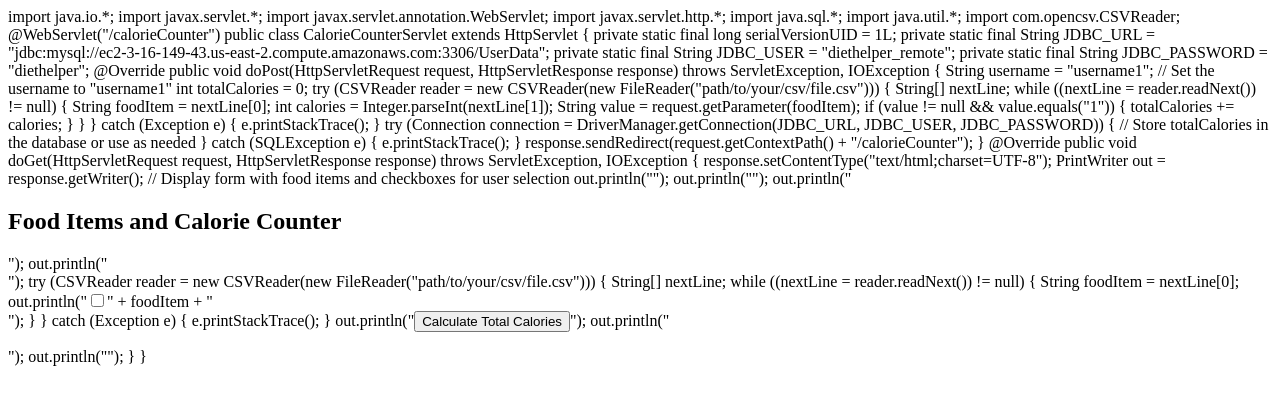
Repository: michaelrupp2002/GroupProjectCSCI4830
Page: http://localhost/signup/calories.jsp
An editor plug-in stored every save of this project. The page is shown before and after the next save, followed by the edit.
The browser window is 1280 px wide. The pictures show the whole page.
The page is served by Tomcat 9.

Above is the page before, as saved 2024-05-12 04:25:44.

After the next save:
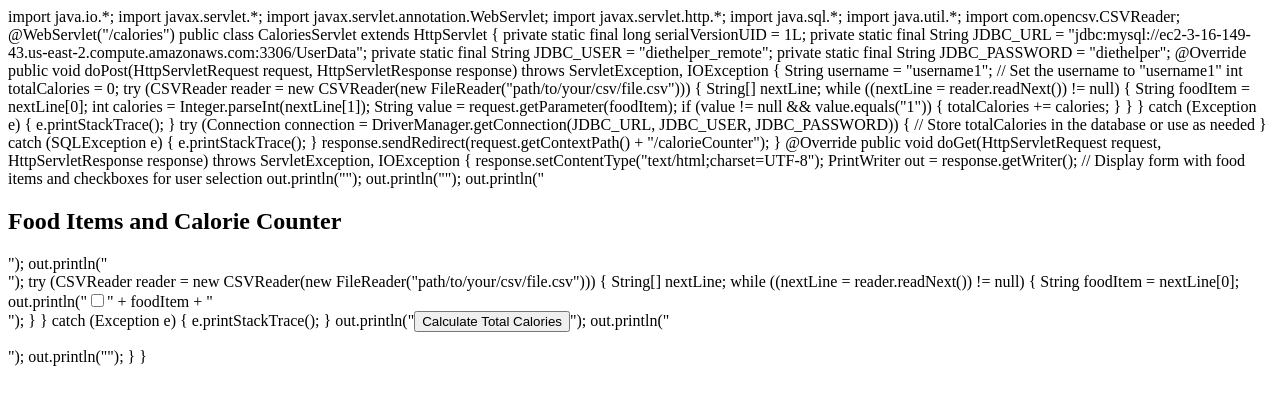
Saved 50 s later.
--- a/loginPage/signup/src/main/webapp/calories.jsp
+++ b/loginPage/signup/src/main/webapp/calories.jsp
@@ -6,8 +6,8 @@
 import java.util.*;
 import com.opencsv.CSVReader;
 
-@WebServlet("/calorieCounter")
-public class CalorieCounterServlet extends HttpServlet {
+@WebServlet("/calories")
+public class CaloriesServlet extends HttpServlet {
     private static final long serialVersionUID = 1L;
 
     private static final String JDBC_URL = "jdbc:mysql://ec2-3-16-149-43.us-east-2.compute.amazonaws.com:3306/UserData";
